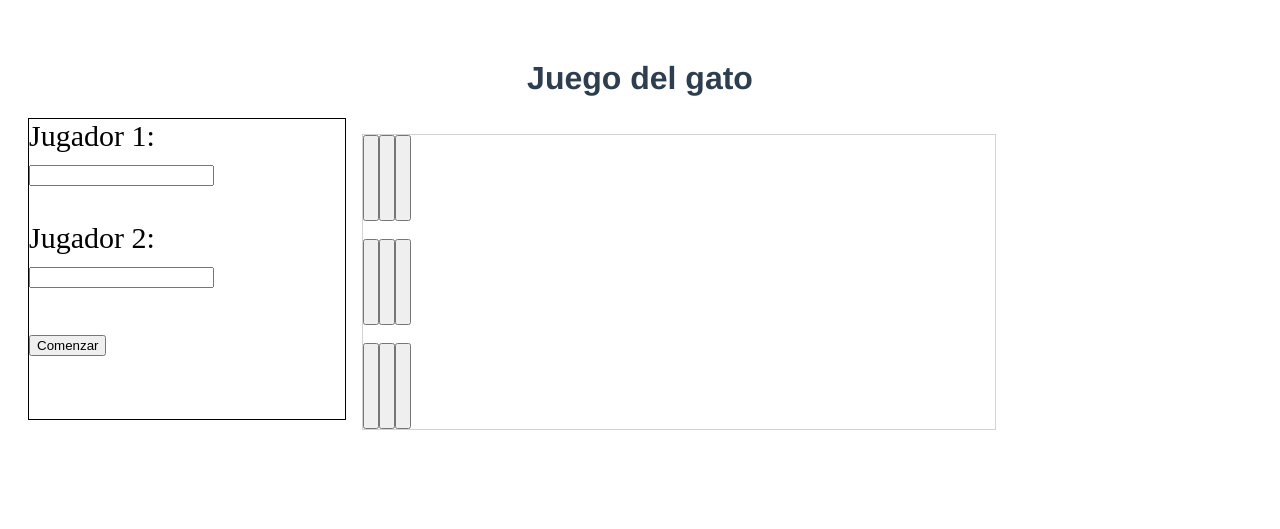
Repository: franciscamanquecheo/Taller-2
Page: / (app in vite-project/)
An editor plug-in stored every save of this project. The page is shown before and after the next save, followed by the edit.
The browser window is 1280 px wide. The pictures show the whole page.
The project was rebuilt for these pictures with package versions that can differ from the ones it lists, and the page was loaded fresh each time. Also part of the build but not shown: vite-project/vite.config.ts.

Above is the page before, as saved 2022-06-17 17:43:30.

After the next save:
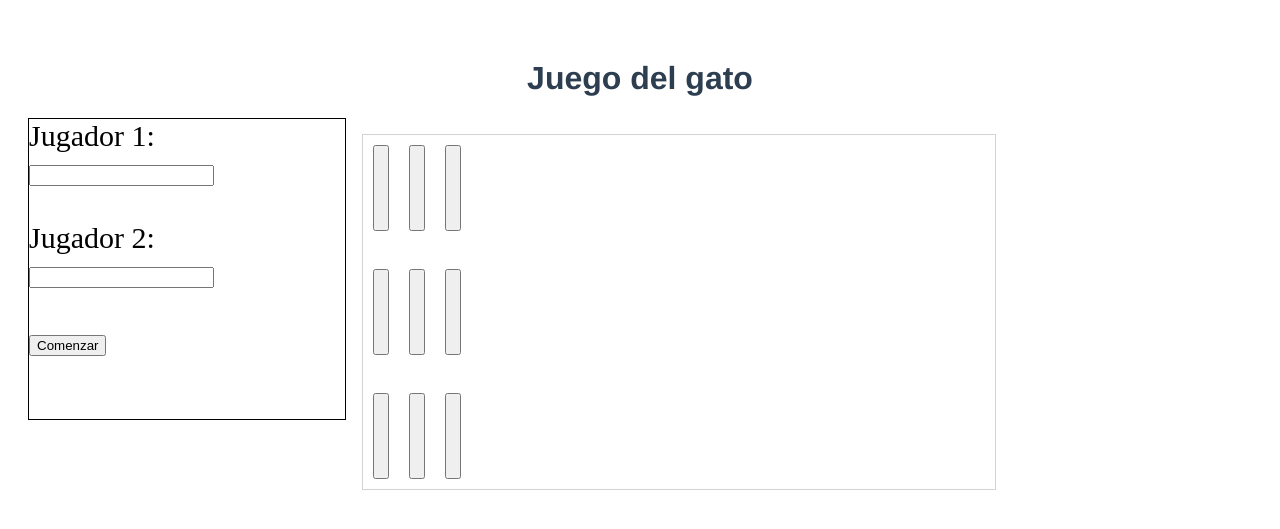
Saved 40 s later.
--- a/vite-project/src/App.vue
+++ b/vite-project/src/App.vue
@@ -73,7 +73,10 @@ article#Tablero{
   width: 50%;
 }
 article#Tablero input{
-  font-size: 70px;;
+  font-size: 70px;
+  height: 80 px;
+  margin: 10px;
+
 }
 
 
